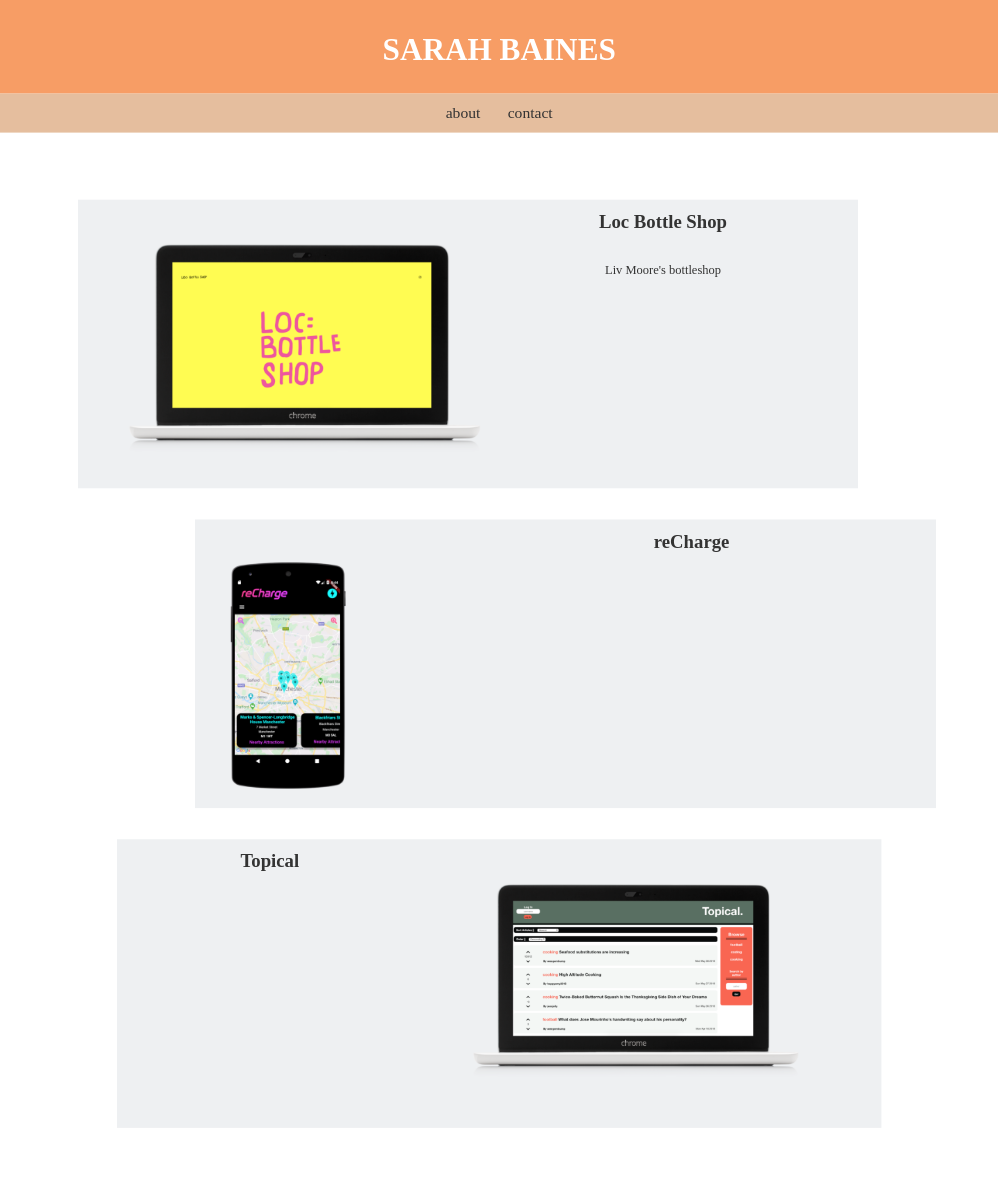
Repository: bainesface/bainesface.github.io
Page: index.html
An editor plug-in stored every save of this project. The page is shown before and after the next save, followed by the edit.
The browser window is 1280 px wide. The pictures show the whole page, at 78% of full size.

Above is the page before, as saved 2020-04-27 16:50:46.

After the next save:
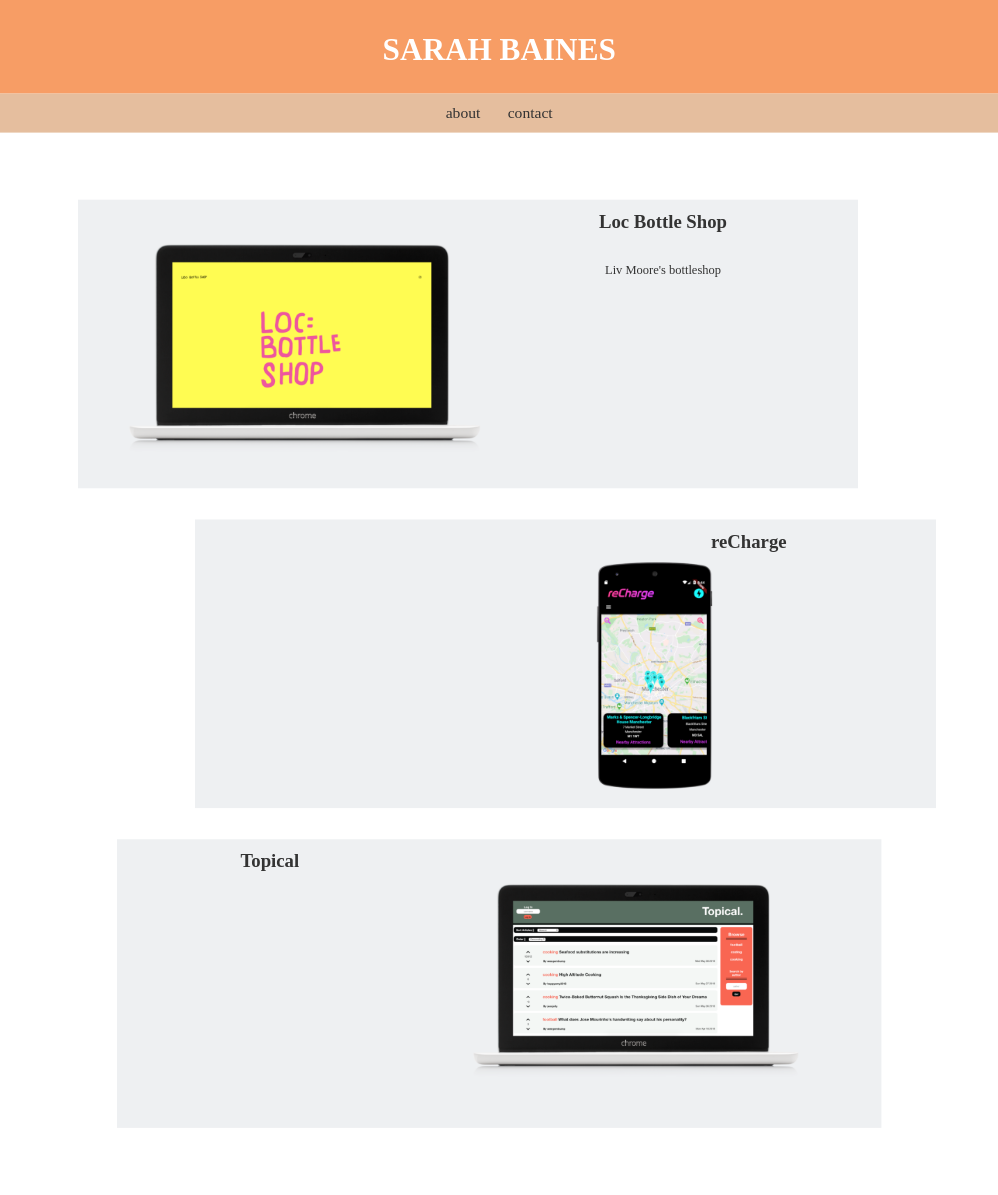
Saved 20 s later.
--- a/index.css
+++ b/index.css
@@ -80,7 +80,7 @@
   grid-template-columns: 1fr 1fr 1fr 1fr 1fr;
   grid-template-rows: 1fr 1fr 1fr 1fr 1fr;
   grid-template-areas:
-    '  image image title title'
+    ' title image image title title'
     '  image image desc desc'
     '  image image desc desc'
     '  image image desc desc'

After the save that followed:
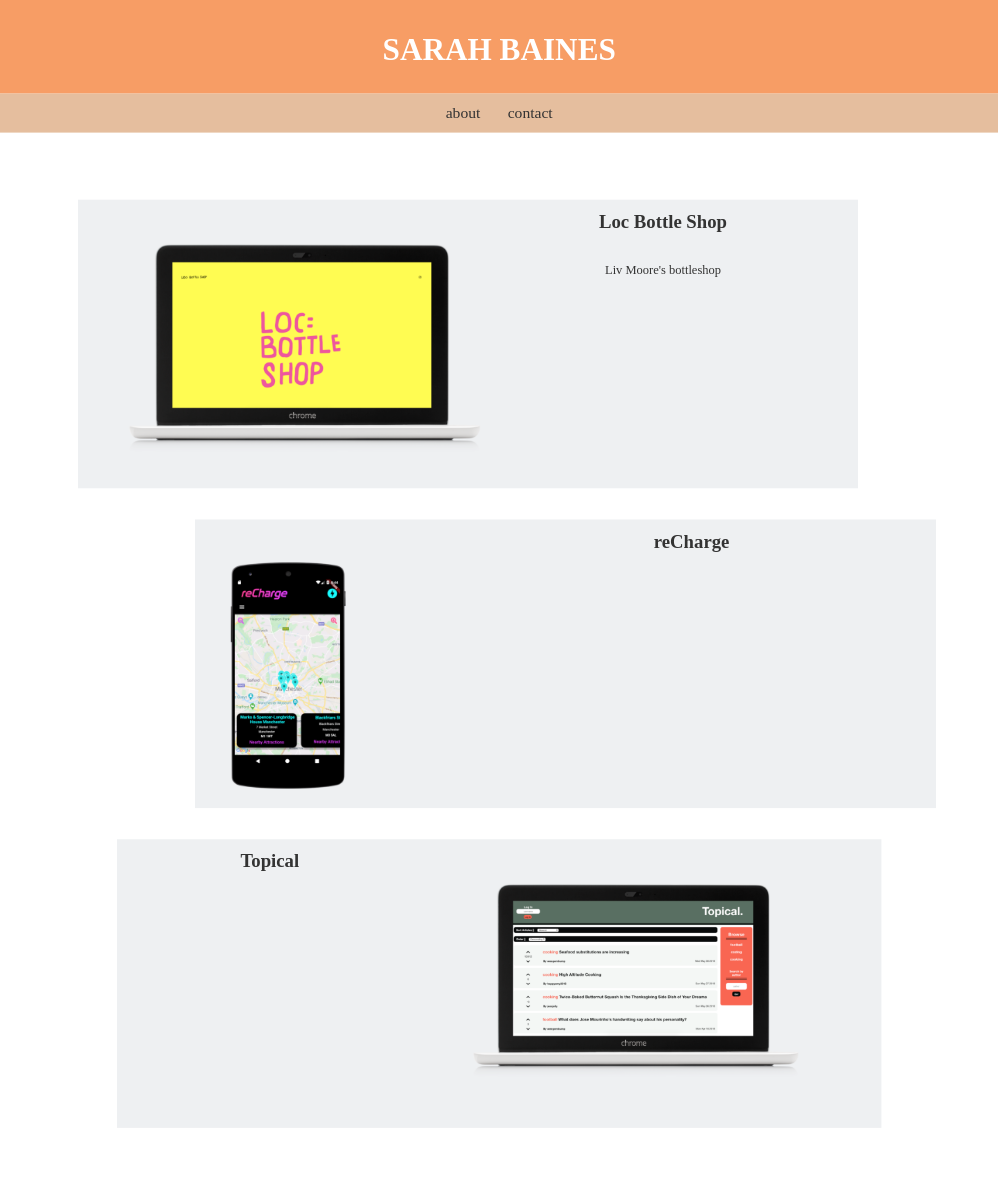
Saved 29 s later.
--- a/index.css
+++ b/index.css
@@ -80,7 +80,7 @@
   grid-template-columns: 1fr 1fr 1fr 1fr 1fr;
   grid-template-rows: 1fr 1fr 1fr 1fr 1fr;
   grid-template-areas:
-    ' title image image title title'
+    '  image image title title'
     '  image image desc desc'
     '  image image desc desc'
     '  image image desc desc'
